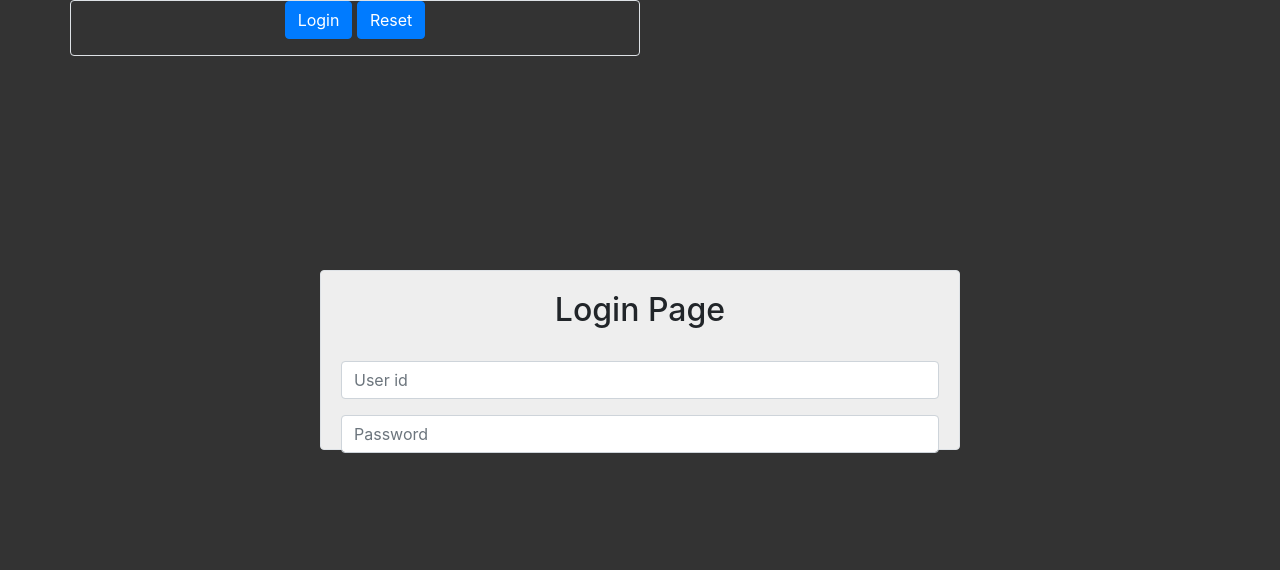
Repository: rkmr039/EMS_PROJECT
Page: EMS/WebContent/login2.html
The author's editor kept a copy of each file at every save. The page is drawn from the files as they stood at one save, then again after the next save.
The browser window is 1280 px wide. The pictures show the whole page.

Above is the page before, as saved 2019-08-30 07:07:07.
Console error: TypeError: Cannot read properties of undefined (reading 'fn')

After the next save:
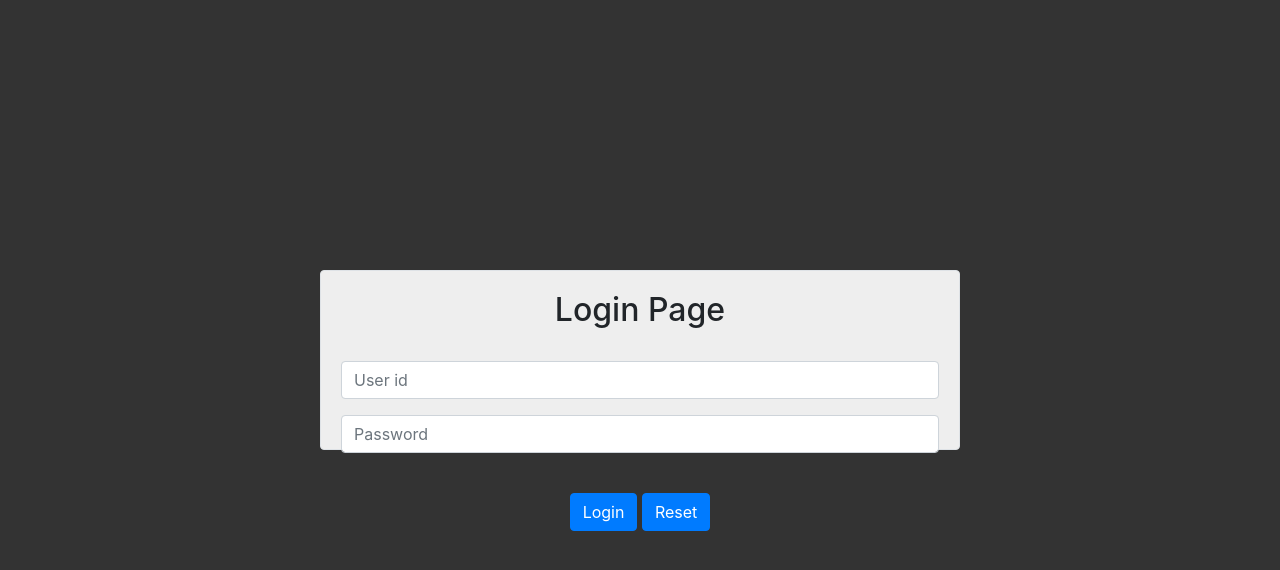
Saved 28 s later.
--- a/EMS/WebContent/login2.html
+++ b/EMS/WebContent/login2.html
@@ -40,17 +40,13 @@ body {
                     <input type="password" class="form-control" id="pwd" placeholder="Password">
                 </div>
                 <br/>
+                 <div class="form-group">
+                <div class="align-center">
+                    <input type="submit" class="btn btn-primary" value="Login" id="login"/>
+                    <input type="reset" value="Reset" class="btn btn-primary"/>
+                </div></div>
+
         </div>
-    </div>
-    <div class="row">
-    	<div class="form_gb w-50 h-25 border rounded">
-    		   <div class="form-group">
-	                <div class="align-center">
-	                    <input type="submit" class="btn btn-primary" value="Login" id="login"/>
-	                    <input type="reset" value="Reset" class="btn btn-primary"/>
-	                </div>
-                </div>
-    	</div>
     </div>
     </form>
 </div>
